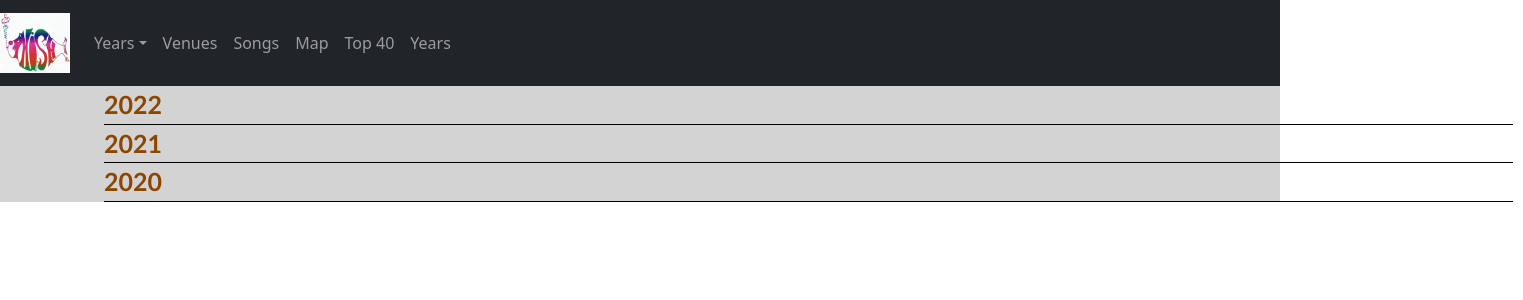
Repository: Jcparks84/gonePhishin
Page: / (app in my-app/)
The author's editor kept a copy of each file at every save. The page is drawn from the files as they stood at one save, then again after the next save.
The browser window is 1280 px wide. The page is 1513 px wide, then 1523 px, so the pictures cover 1523 px, including what lies to the right of the window. The pictures show the whole page.
The page's requests for data from a server got no answer. The project was rebuilt for these pictures with package versions that can differ from the ones it lists, and the page was loaded fresh each time. No one was signed in, and anything a server would have sent is missing. Also part of the build but not shown: my-app/src/components/audioPlayer/audioPlayer.js.

Above is the page before, as saved 2022-08-16 18:28:48.

### my-app/src/App.js
import './App.css';
import AudioPlayer from './components/audioPlayer/audioPlayer';
import Navbar from './components/navbar/navBar'
import YearPage from './pages/yearPage/yearPage';



function App() {
  const apiKey = process.env.REACT_APP_API_KEY


  return (
    <div className="App">
      <div>
      <Navbar fixed="top" />
      </div>
      <div>
        <YearPage/>
      </div>
      {/* <div>
        <AudioPlayer/>
      </div> */}

    </div>

  );
}

export default App;

### my-app/src/App.css
.App {
  text-align: center;
  background-color: #d3d3d3;
}

.App-logo {
  height: 40vmin;
  pointer-events: none;
}

@media (prefers-reduced-motion: no-preference) {
  .App-logo {
    animation: App-logo-spin infinite 20s linear;
  }
}

.App-header {
  background-color: #282c34;
  min-height: 100vh;
  display: flex;
  flex-direction: column;
  align-items: center;
  justify-content: center;
  font-size: calc(10px + 2vmin);
  color: white;
}

.App-link {
  color: #61dafb;
}

@keyframes App-logo-spin {
  from {
    transform: rotate(0deg);
  }
  to {
    transform: rotate(360deg);
  }
}

### my-app/src/components/navbar/navBar.js
import logo from '../images/phish.png'
import './navBar.css';
import 'bootstrap/dist/css/bootstrap.css'
import { Nav, Navbar, NavDropdown } from 'react-bootstrap'
import AudioPlayer from '../audioPlayer/audioPlayer';
import YearPage from '../../pages/yearPage/yearPage';



function NavBar() {
  return (
    <div className="navBar">
      <Navbar bg="dark" variant="dark"
        sticky="top" expand="sm" collapseOnSelect>
        <Navbar.Brand>
          <img src={logo} width="70px" height="60px" />{' '}
        </Navbar.Brand>

        <Navbar.Toggle className="coloring" />
        <Navbar.Collapse>
          <Nav>
            <NavDropdown title="Years">
              <NavDropdown.Item href="#years/2021">2021</NavDropdown.Item>
              <NavDropdown.Item href="#years/2020">2020</NavDropdown.Item>
              <NavDropdown.Item href="#years/2019">2019</NavDropdown.Item>
            </NavDropdown>
            <Nav.Link href="#Venues">Venues</Nav.Link>
            <Nav.Link href="#contact-us">Songs</Nav.Link>
            <Nav.Link href="#contact-us">Map</Nav.Link>
            <Nav.Link href="#contact-us">Top 40</Nav.Link>
            <Nav.Link path="#years">{YearPage}Years</Nav.Link>

          </Nav>
        </Navbar.Collapse>

      </Navbar>
    </div>
  );
}


export default NavBar;

### my-app/src/pages/yearPage/yearPage.js
import React from 'react'
import './yearPage.css'


function YearPage(){
    return(
        <div className='container'>
                <ul>
                    <li>2022</li>
                    <li>2021</li>
                    <li>2020</li>
                </ul>
        </div>
    )
}

export default YearPage;

### my-app/src/components/navbar/navBar.css
.bg-myRed{
    background-color: crimson;
  }

  .content{
    padding: 12px;
    height: 3000px;
  }

  .coloring{
    color: black;
  }

  nav.link {
    align-items: center;
  }

### my-app/src/pages/yearPage/yearPage.css

.container {
    color: #8C4600;
    font-family: "Trebuchet MS", Arial, Helvetica, sans-serif;
    font-weight: bold;
    font-size: 15px;}


li {
    text-align: left;
    font-size: 25px;
    border-bottom:solid black 1px;
    width: 130%;    margin-left:-10px;
}

ul {
    list-style-type: none;
}

Loaded but not shown: my-app/public/index.html (common file); my-app/src/index.js (common file); my-app/src/index.css (common file); my-app/src/reportWebVitals.js (common file)

After the next save:
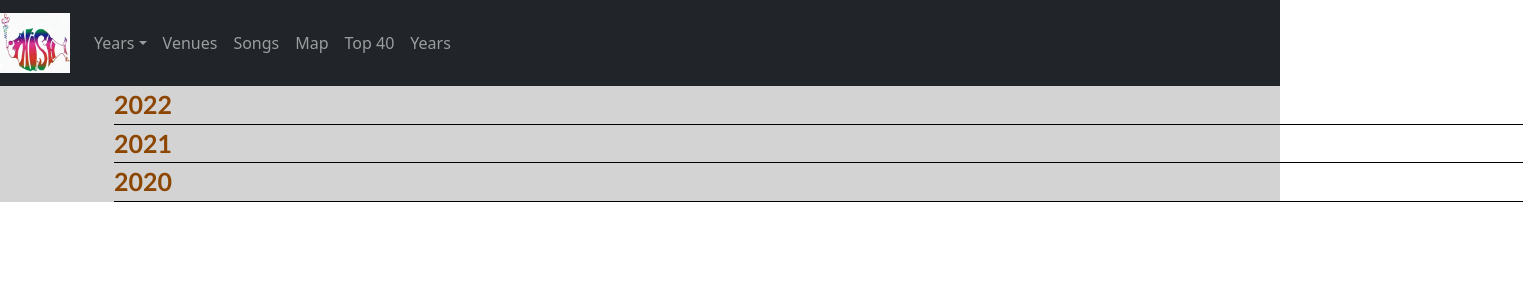
Saved 31 s later.
--- a/my-app/src/pages/yearPage/yearPage.css
+++ b/my-app/src/pages/yearPage/yearPage.css
@@ -10,7 +10,7 @@ li {
     text-align: left;
     font-size: 25px;
     border-bottom:solid black 1px;
-    width: 130%;    margin-left:-10px;
+    width: 130%;
 }
 
 ul {
